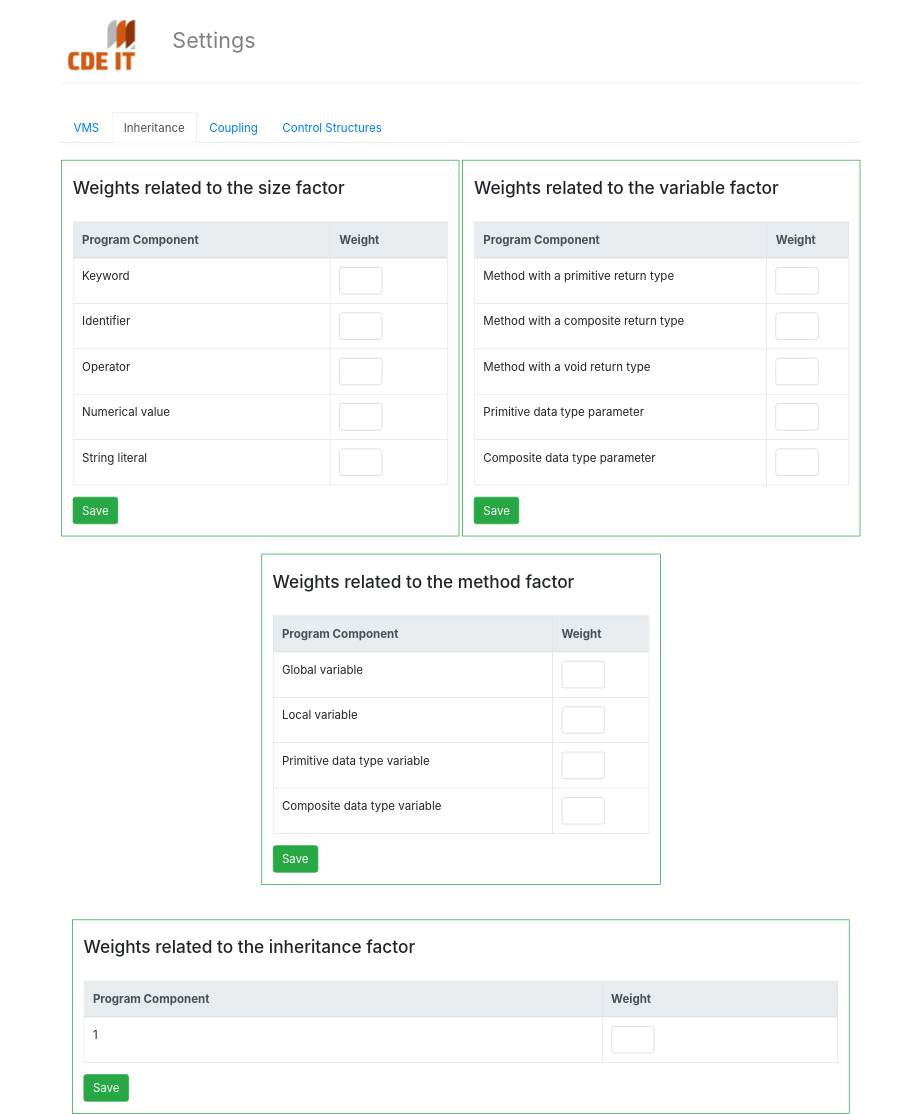
Repository: JudeAshan98/ITPM
Page: CDE_IT/WebContent/views/settings.html
The author's editor kept a copy of each file at every save. The page is drawn from the files as they stood at one save, then again after the next save.
The browser window is 1280 px wide. The pictures show the whole page, at 72% of full size.

Above is the page before, as saved 2020-03-01 17:03:06.

### CDE_IT/WebContent/views/settings.html
<!DOCTYPE html>
<html lang="en">
<head>
<title>Bootstrap Example</title>
<meta charset="utf-8">
<meta name="viewport" content="width=device-width, initial-scale=1">
<link rel="stylesheet"
	href="https://maxcdn.bootstrapcdn.com/bootstrap/4.4.1/css/bootstrap.min.css">
<script
	src="https://ajax.googleapis.com/ajax/libs/jquery/3.4.1/jquery.min.js"></script>
<script
	src="https://cdnjs.cloudflare.com/ajax/libs/popper.js/1.16.0/umd/popper.min.js"></script>
<script
	src="https://maxcdn.bootstrapcdn.com/bootstrap/4.4.1/js/bootstrap.min.js"></script>
</head>
<body>
	<br>

	<div class="container">
		<div>
			<img src="../img/logoe.png" style="max-height: 75px">
			<text style="font-size:30px; color:gray ; margin-left:30px;">
			Settings<text>
			<hr />
		</div>
		<br>

		<!-- Nav tabs -->
		<ul class="nav nav-tabs" role="tablist">
			<li class="nav-item"><a class="nav-link" data-toggle="tab"
				href="#vms">VMS</a></li>
			<li class="nav-item"><a class="nav-link active"
				data-toggle="tab" href="#inheritance">Inheritance</a></li>
			<li class="nav-item"><a class="nav-link" data-toggle="tab"
				href="#Coupling">Coupling</a></li>
			<li class="nav-item"><a class="nav-link" data-toggle="tab"
				href="#Control">Control Structures</a></li>
		</ul>

		<!-- Tab panes -->
		<div class="tab-content">
			<div id="vms" class="container tab-pane active">
				<br>
				<div class="row">
					<div class="col-sm border border-success">
						<br>
						<h4>Weights related to the size factor</h4>
						<div class="table-responsive">
							<br>
							<table class="table table-bordered">
								<thead class="thead-light">
									<tr>
										<th>Program Component</th>
										<th>Weight</th>
									</tr>
								</thead>
								<tbody>
									<tr>
										<td>Keyword</td>
										<td><input type="number" class="form-control"   style="width:60px"></td>
									</tr>
									<tr>
										<td>Identifier</td>
										<td><input type="number" class="form-control"   style="width:60px"></td>
									</tr>
									<tr>
										<td>Operator</td>
										<td><input type="number" class="form-control"   style="width:60px"></td>
									</tr>
									<tr>
										<td>Numerical value</td>
										<td><input type="number" class="form-control"   style="width:60px"></td>
									</tr>
									<tr>
										<td>String literal</td>
										<td><input type="number" class="form-control"   style="width:60px"></td>
									</tr>
								</tbody>
							</table>
						</div>
						<button type="button" class="btn btn-success">Save</button>
					</div>
					&nbsp
					<div class="col-sm border border-success">
						<br>
						<h4>Weights related to the variable factor</h4>
						<div class="table-responsive">
							<br>
							<table class="table table-bordered">
								<thead class="thead-light">
									<tr>
										<th>Program Component</th>
										<th>Weight</th>
									</tr>
								</thead>
								<tbody>
									<tr>
										<td>Method with a primitive return type</td>
										<td><input type="number" class="form-control"   style="width:60px"></td>
									</tr>
									<tr>
										<td>Method with a composite return type</td>
										<td><input type="number" class="form-control"   style="width:60px"></td>
									</tr>
									<tr>
										<td>Method with a void return type</td>
										<td><input type="number" class="form-control"   style="width:60px"></td>
									</tr>
									<tr>
										<td>Primitive data type parameter</td>
										<td><input type="number" class="form-control"   style="width:60px"></td>
									</tr>
									<tr>
										<td>Composite data type parameter</td>
										<td><input type="number" class="form-control"   style="width:60px"></td>
									</tr>
								</tbody>
							</table>

						</div>
						<button type="button" class="btn btn-success">Save</button>
						<p></p>
					</div>
				</div>
				<br>
				<div class="row justify-content-md-center">
					<div class="col-md-6 border border-success">
						<br>
						<h4>Weights related to the method factor</h4>
						<div class="table-responsive">
							<br>
							<table class="table table-bordered">
								<thead class="thead-light">
									<tr>
										<th>Program Component</th>
										<th>Weight</th>
									</tr>
								</thead>
								<tbody>
									<tr>
										<td>Global variable</td>
										<td><input type="number" class="form-control"   style="width:60px"></td>
									</tr>
									<tr>
										<td>Local variable</td>
										<td><input type="number" class="form-control"   style="width:60px"></td>
									</tr>
									<tr>
										<td>Primitive data type variable</td>
										<td><input type="number" class="form-control"   style="width:60px"></td>
									</tr>
									<tr>
										<td>Composite data type variable</td>
										<td><input type="number" class="form-control"   style="width:60px"></td>
									</tr>
								</tbody>
							</table>
						</div>
						<button type="button" class="btn btn-success">Save</button>
						<p></p>
					</div>
				</div>
				<br>
			</div>
			<div id="inheritance" class="container tab-pane active">
				<br>
				<div class="col-sm border border-success">
					<br>
					<h4>Weights related to the inheritance factor</h4>
					<div class="table-responsive">
						<br>
						<table class="table table-bordered">
							<thead class="thead-light">
								<tr>
									<th>Program Component</th>
									<th>Weight</th>
								</tr>
							</thead>
							<tbody>
								<tr>
									<td>1</td>
									<td><input type="number" class="form-control"   style="width:60px"></td>
								</tr>
							</tbody>
						</table>
					</div>
					<button type="button" class="btn btn-success">Save</button>
					<p></p>
				</div>
			</div>
			<div id="Coupling" class="container tab-pane fade">
				<br>
				<div class="col-sm border border-success">
					<br>
					<h4>Weights related to the size factor</h4>
					<div class="table-responsive">
						<br>
						<table class="table table-bordered">
							<thead class="thead-light">
								<tr>
									<th>Program Component</th>
									<th>Weight</th>
								</tr>
							</thead>
							<tbody>
								<tr>
									<td>1</td>
									<td><input type="number" class="form-control"   style="width:60px"></td>
								</tr>
							</tbody>
						</table>
					</div>
					<button type="button" class="btn btn-success">Save</button>
					<p></p>
				</div>
			</div>
			<div id="Control" class="container tab-pane fade">
				<br>
				<div class="col-sm border border-success">
					<br>
					<h4>Weights related to the size factor</h4>
					<div class="table-responsive">
						<br>
						<table class="table table-bordered">
							<thead class="thead-light">
								<tr>
									<th>Program Component</th>
									<th>Weight</th>
								</tr>
							</thead>
							<tbody>
								<tr>
									<td>1</td>
									<td><input type="number" class="form-control"   style="width:60px"></td>
								</tr>
							</tbody>
						</table>
					</div>
					<button type="button" class="btn btn-success">Save</button>
					<p></p>
				</div>
			</div>
		</div>

	</div>
</body>
</html>

After the next save:
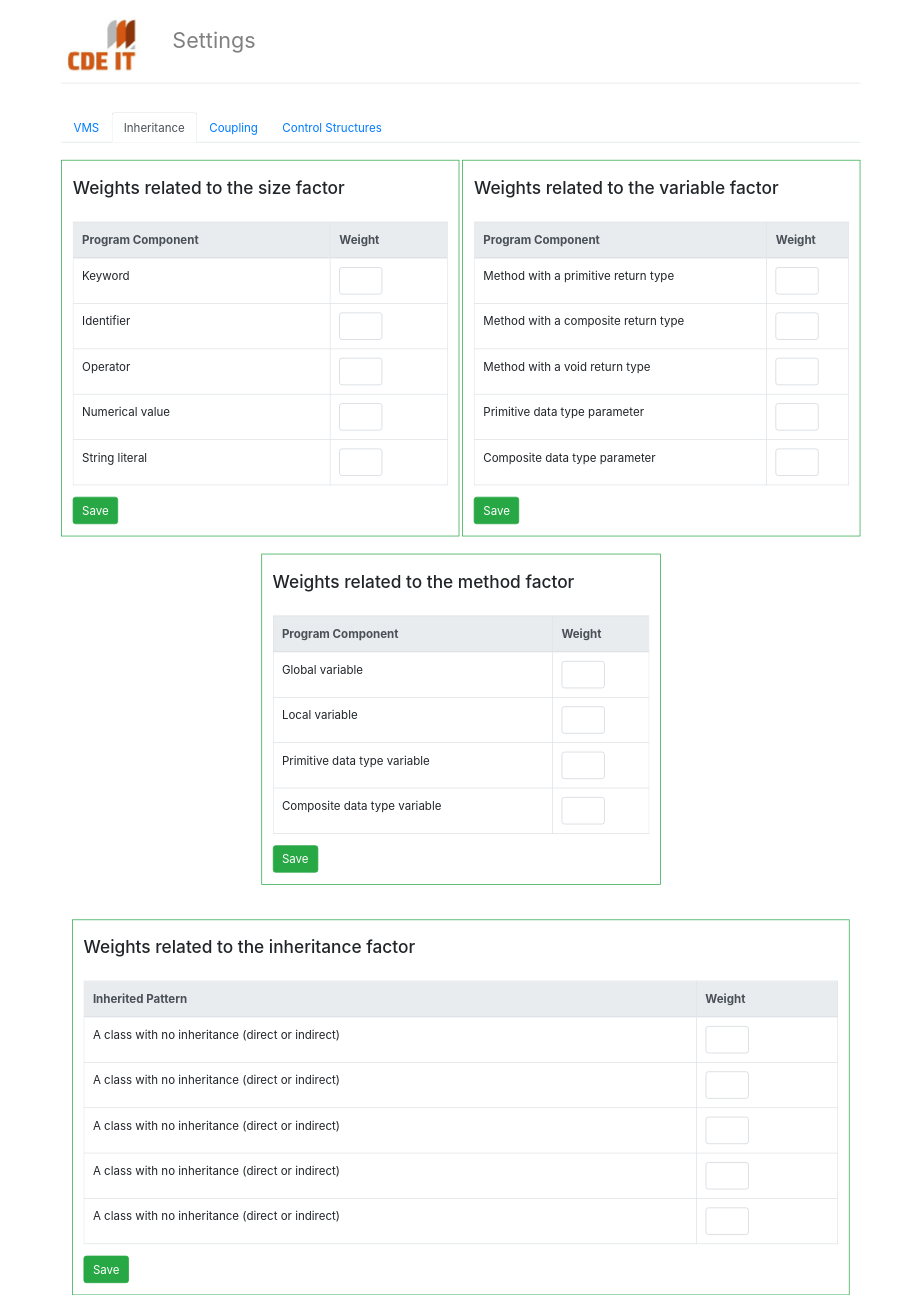
Saved 59 s later.
--- a/CDE_IT/WebContent/views/settings.html
+++ b/CDE_IT/WebContent/views/settings.html
@@ -172,13 +172,29 @@
 						<table class="table table-bordered">
 							<thead class="thead-light">
 								<tr>
-									<th>Program Component</th>
+									<th>Inherited Pattern</th>
 									<th>Weight</th>
 								</tr>
 							</thead>
 							<tbody>
 								<tr>
-									<td>1</td>
+									<td>A class with no inheritance (direct or indirect)</td>
+									<td><input type="number" class="form-control"   style="width:60px"></td>
+								</tr>
+								<tr>
+									<td>A class with no inheritance (direct or indirect)</td>
+									<td><input type="number" class="form-control"   style="width:60px"></td>
+								</tr>
+								<tr>
+									<td>A class with no inheritance (direct or indirect)</td>
+									<td><input type="number" class="form-control"   style="width:60px"></td>
+								</tr>
+								<tr>
+									<td>A class with no inheritance (direct or indirect)</td>
+									<td><input type="number" class="form-control"   style="width:60px"></td>
+								</tr>
+								<tr>
+									<td>A class with no inheritance (direct or indirect)</td>
 									<td><input type="number" class="form-control"   style="width:60px"></td>
 								</tr>
 							</tbody>
